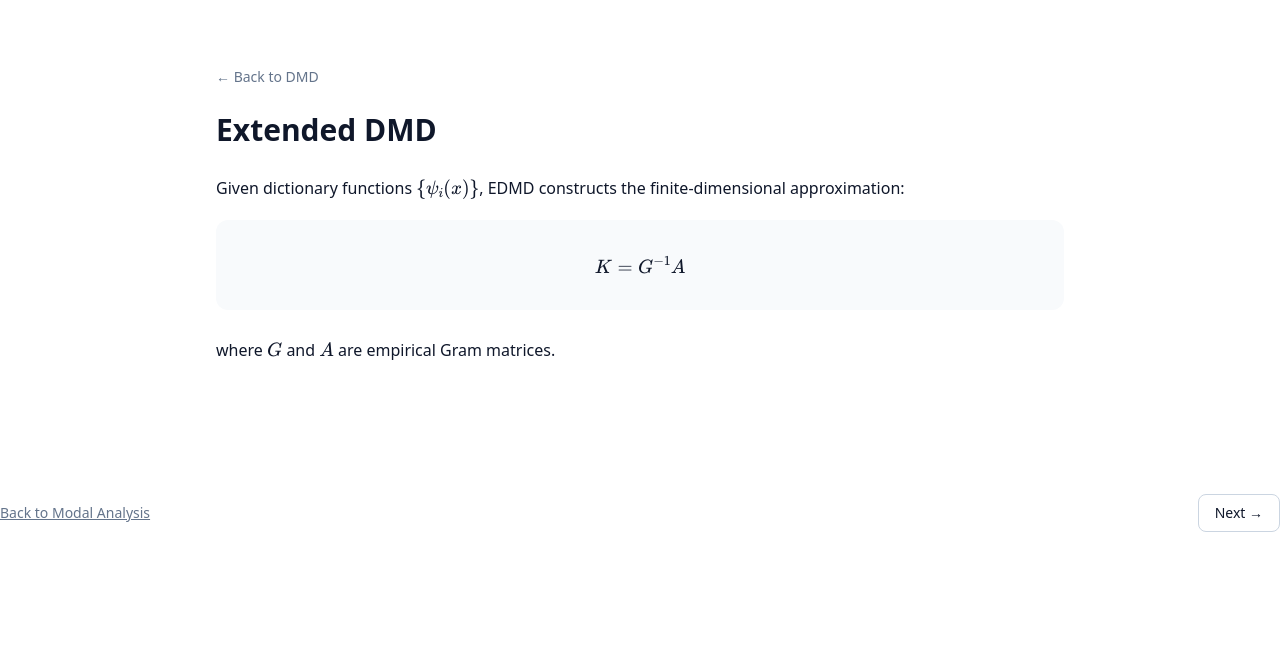
Repository: JWS625/JWS625.github.io
Page: notes/modal_analysis/01_background.html
These files come from the project's save history. The page is drawn as it stood at one moment and after the next save; the edit follows.
The browser window is 1280 px wide. The pictures show the whole page.
Some web libraries are served in a nearby version.

Above is the page before, as saved 2026-02-20 17:52:13.

### notes/modal_analysis/01_background.html
<!doctype html>
<html>
<head>
<meta charset="utf-8">
<title>Backgrounds of Modal Analysis | Research Notes</title>
<script src="https://cdn.tailwindcss.com"></script>

<script>
window.MathJax = {
  tex: { inlineMath: [['$', '$'], ['\\(', '\\)']] }
};
</script>
<script src="https://cdn.jsdelivr.net/npm/mathjax@3/es5/tex-mml-chtml.js"></script>
</head>

<body class="bg-white text-slate-900">
<div class="max-w-4xl mx-auto px-6 py-16">

<a href="index.html" class="text-sm text-slate-500 hover:text-black">
← Back to DMD
</a>

<h1 class="text-3xl font-semibold mt-6">
Extended DMD
</h1>

<p class="mt-6 leading-8">
Given dictionary functions $\{\psi_i(x)\}$, EDMD constructs
the finite-dimensional approximation:
</p>

<div class="bg-slate-50 p-4 rounded-xl mt-4">
$$
K = G^{-1} A
$$
</div>

<p class="mt-6 leading-8">
where $G$ and $A$ are empirical Gram matrices.
</p>

</div>
<div class="mt-16 flex justify-between items-center text-sm">

  <a href="index.html"
     class="text-slate-500 hover:text-black underline">
     Back to Modal Analysis
  </a>

  <a href="02_dynamics_mode_decomposition.html"
     class="px-4 py-2 rounded-lg border border-slate-300 hover:bg-slate-50">
     Next →
  </a>
</div>
</body>
</html>

After the next save:
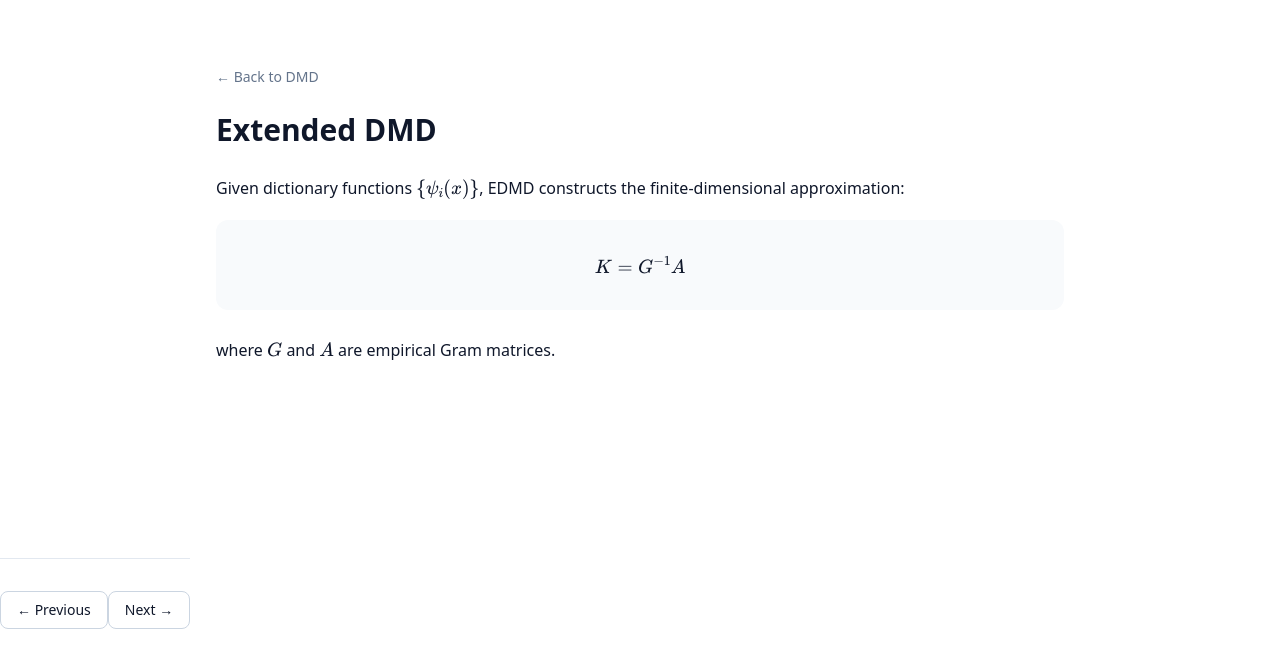
Saved 4 min 31 s later.
--- a/notes/modal_analysis/01_background.html
+++ b/notes/modal_analysis/01_background.html
@@ -42,15 +42,19 @@ where $G$ and $A$ are empirical Gram matrices.
 </div>
 <div class="mt-16 flex justify-between items-center text-sm">
 
-  <a href="index.html"
-     class="text-slate-500 hover:text-black underline">
-     Back to Modal Analysis
-  </a>
+  <div class="mt-16 pt-8 border-t border-slate-200">
+  <div class="flex justify-between items-center max-w-2xl mx-auto text-sm">
+    <a href="02_modal_analysis.html"
+       class="px-4 py-2 rounded-lg border border-slate-300 hover:bg-slate-50">
+       ← Previous
+    </a>
 
-  <a href="02_dynamics_mode_decomposition.html"
-     class="px-4 py-2 rounded-lg border border-slate-300 hover:bg-slate-50">
-     Next →
-  </a>
+    <a href="04_kdmd.html"
+       class="px-4 py-2 rounded-lg border border-slate-300 hover:bg-slate-50">
+       Next →
+    </a>
+  </div>
+</div>
 </div>
 </body>
 </html>
